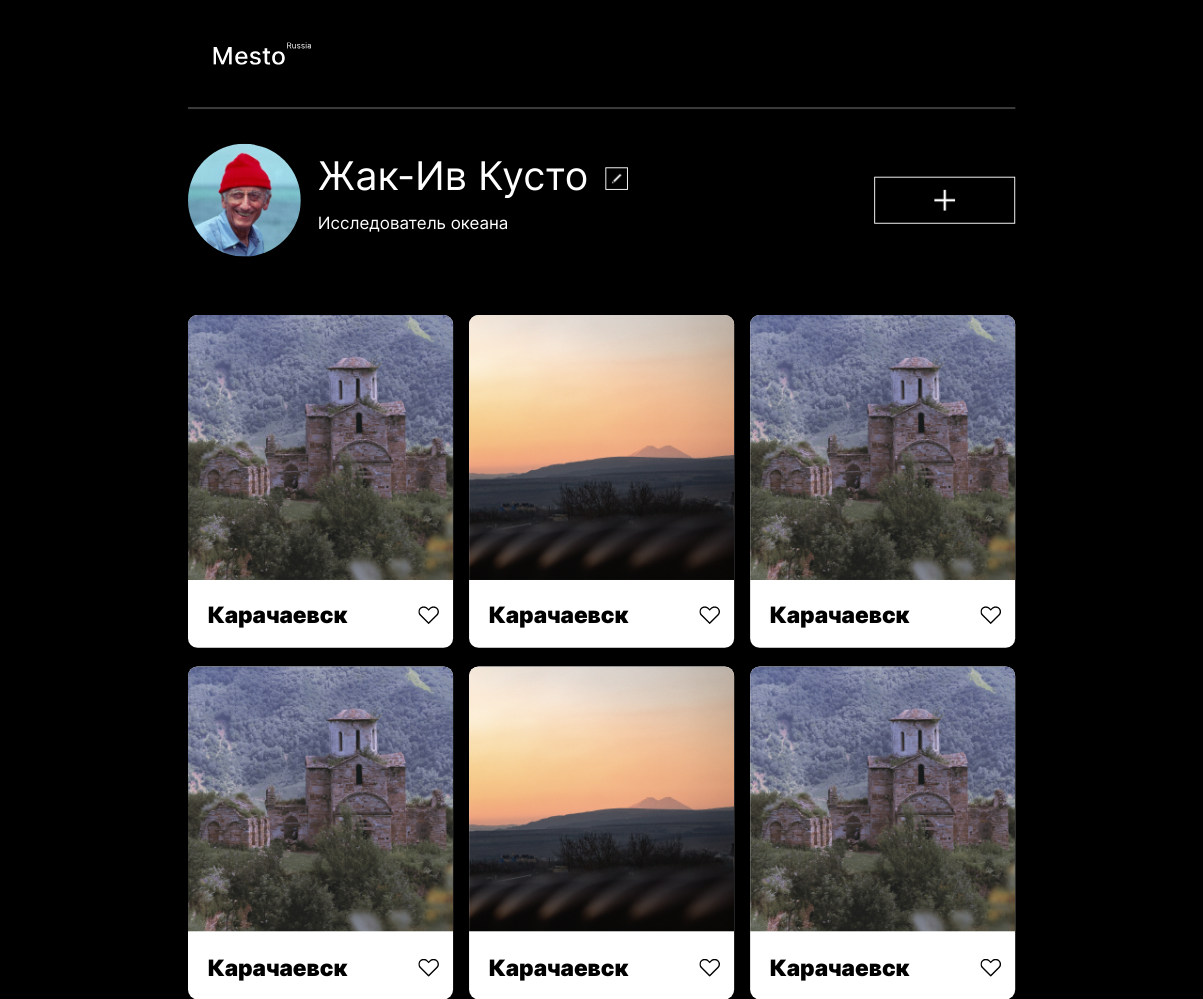
Repository: dyond/mesto
Page: index.html
These files come from the project's save history. The page is drawn as it stood at one moment and after a run of saves; the edit follows.
The browser window is 1280 px wide. The pictures show the whole page, at 94% of full size.

Above is the page before, as saved 2022-11-28 19:54:29.

After the next 3 saves:
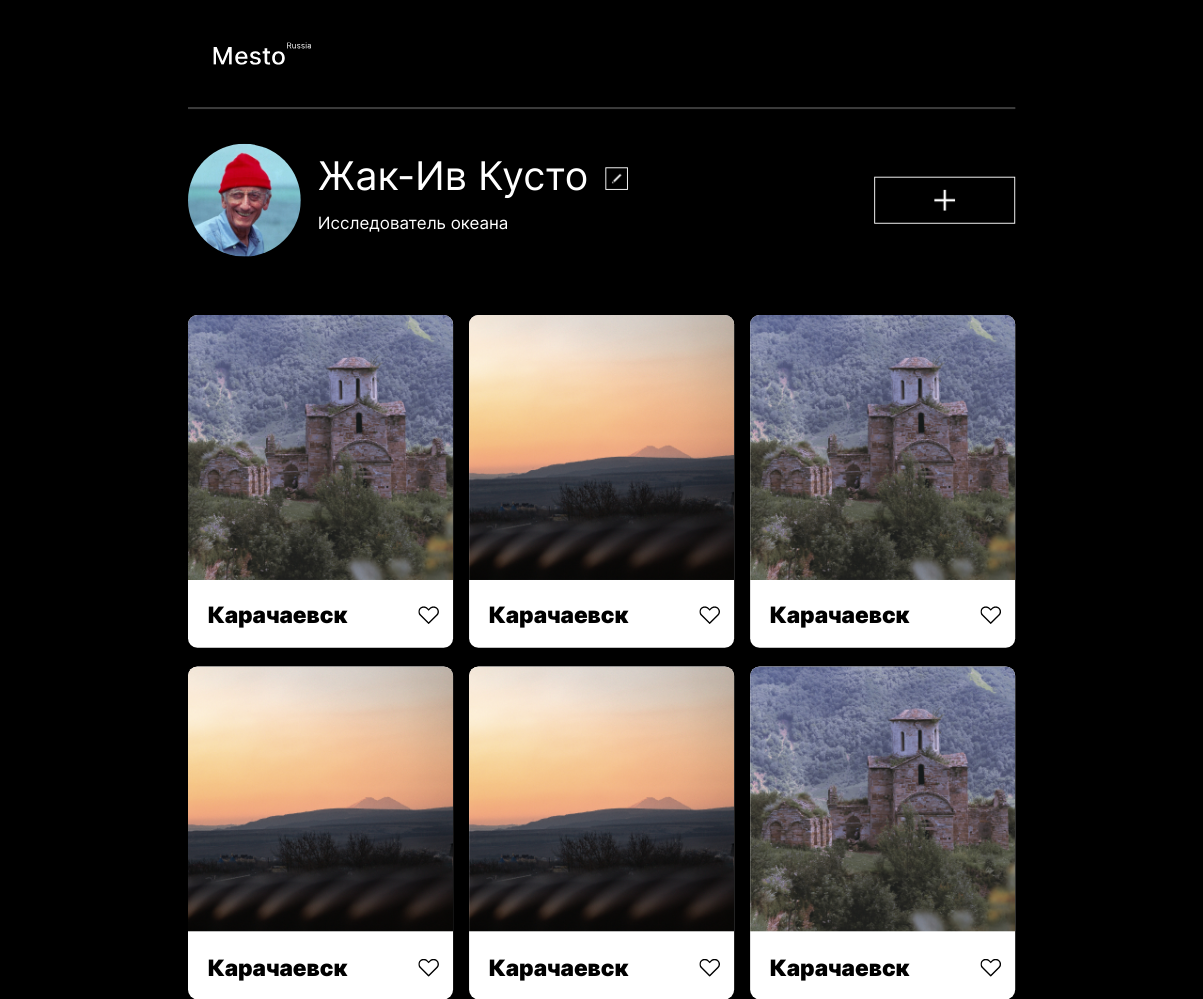
The 3 saves are shown as one change because they came seconds apart.
The last was saved 10 s later.
--- a/index.html
+++ b/index.html
@@ -59,7 +59,7 @@
           </div>
         </div>
         <div class="card">
-          <img src="images/kirill-pershin-1088404-unsplash.jpg" alt="" class="card__image">
+          <img src="images/kirill-pershin-1404681-unsplash.png" alt="" class="card__image">
           <div class="card__group">
             <h2 class="card__title">Карачаевск</h2>
             <button class="card__button">
